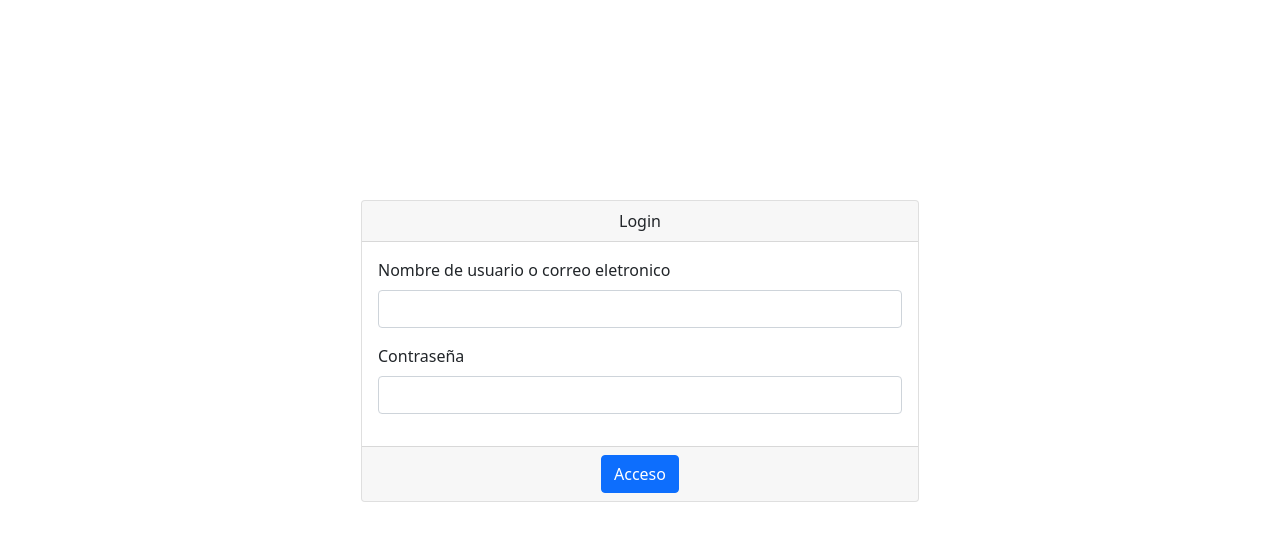
Repository: j0sh-404/control-clases-alumnos
Page: vista/login/login.html
The author's editor kept a copy of each file at every save. The page is drawn from the files as they stood at one save, then again after the next save.
The browser window is 1280 px wide. The pictures show the whole page.

Above is the page before, as saved 2022-07-09 15:22:00.

After the next save:
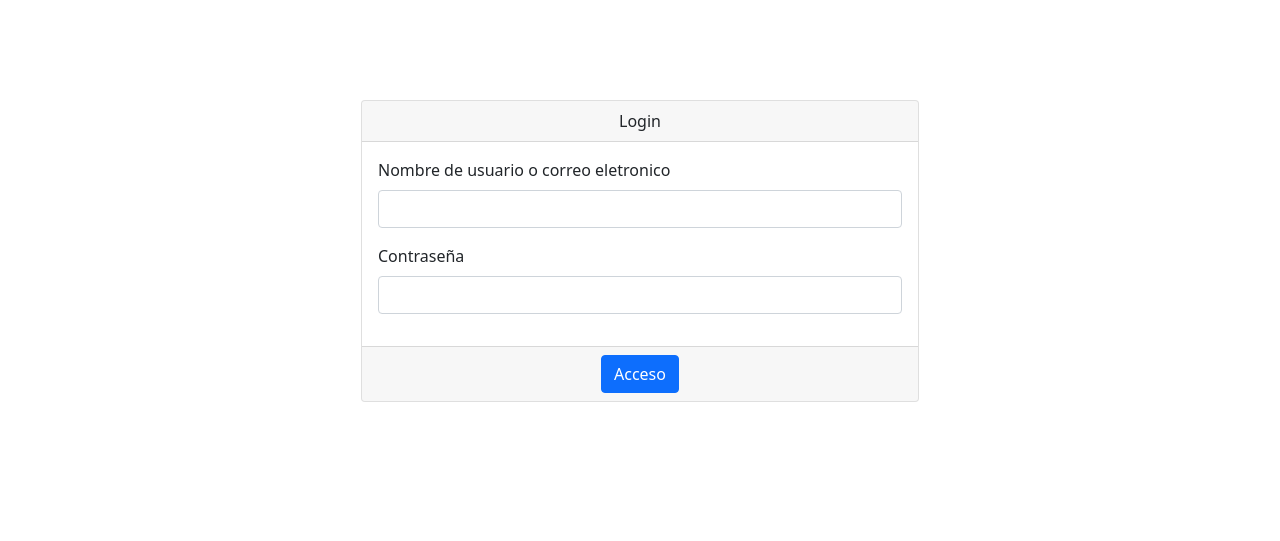
Saved 14 s later.
--- a/vista/login/login.css
+++ b/vista/login/login.css
@@ -1,3 +1,3 @@
 .estilo-tarjeta{
-    padding-top: 200px;
+    padding-top: 100px;
 }
